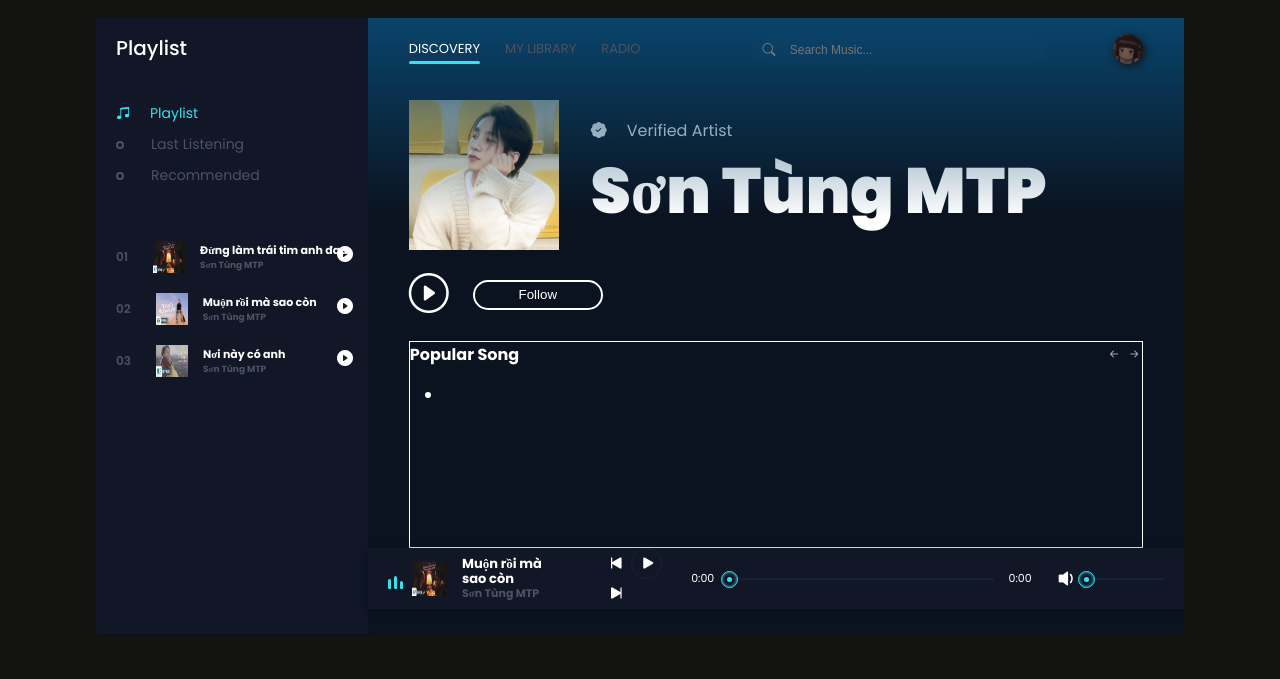
Repository: reminzuetto/Music-Website
Page: index.html
These files come from the project's save history. The page is drawn as it stood at one moment and after the next save; the edit follows.
The browser window is 1280 px wide. The pictures show the whole page.

Above is the page before, as saved 2024-06-11 04:13:56.

After the next save:
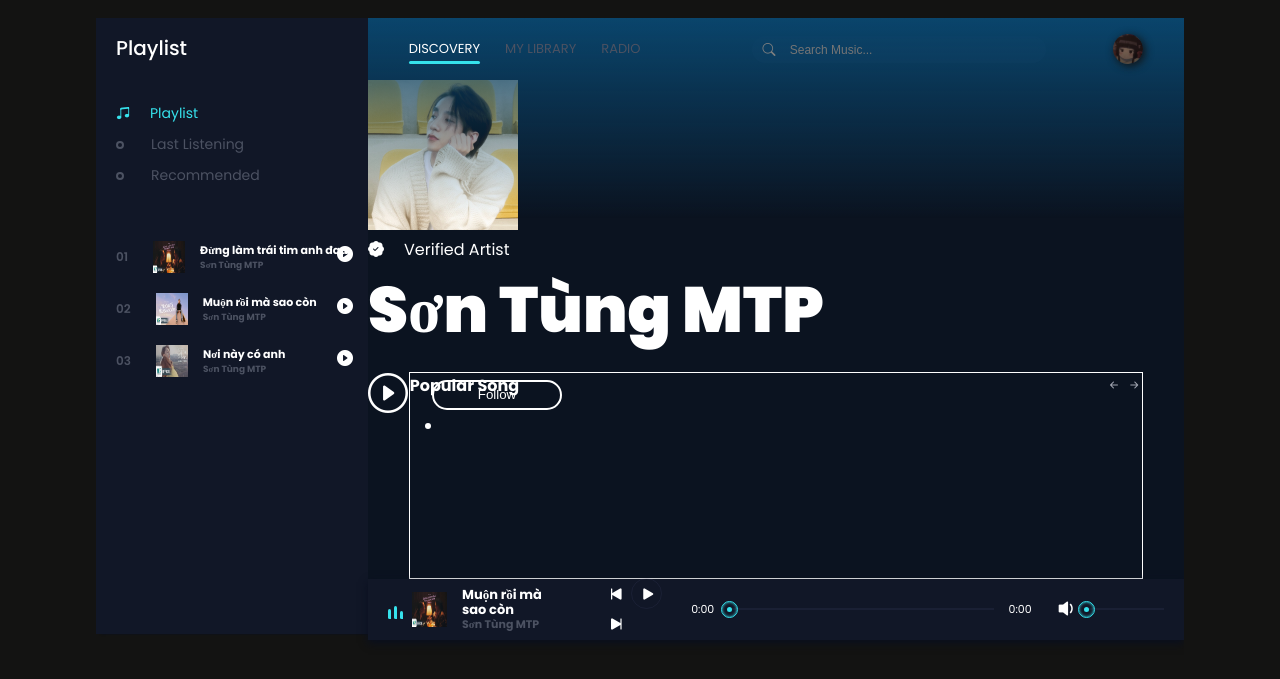
Saved 31 s later.
--- a/style.css
+++ b/style.css
@@ -475,13 +475,13 @@
   box-shadow: 2px 2px 8px #131312;
 }
 
-header .song_side .content {
+/* header .song_side .content {
   width: 90%;
   height: 40%;
   margin: auto;
   /* border: 1px solid #fff; */
   padding-top: 20px;
-}
+} */
 
 header .song_side .content .artistInfos {
   display: flex;

After the save that followed:
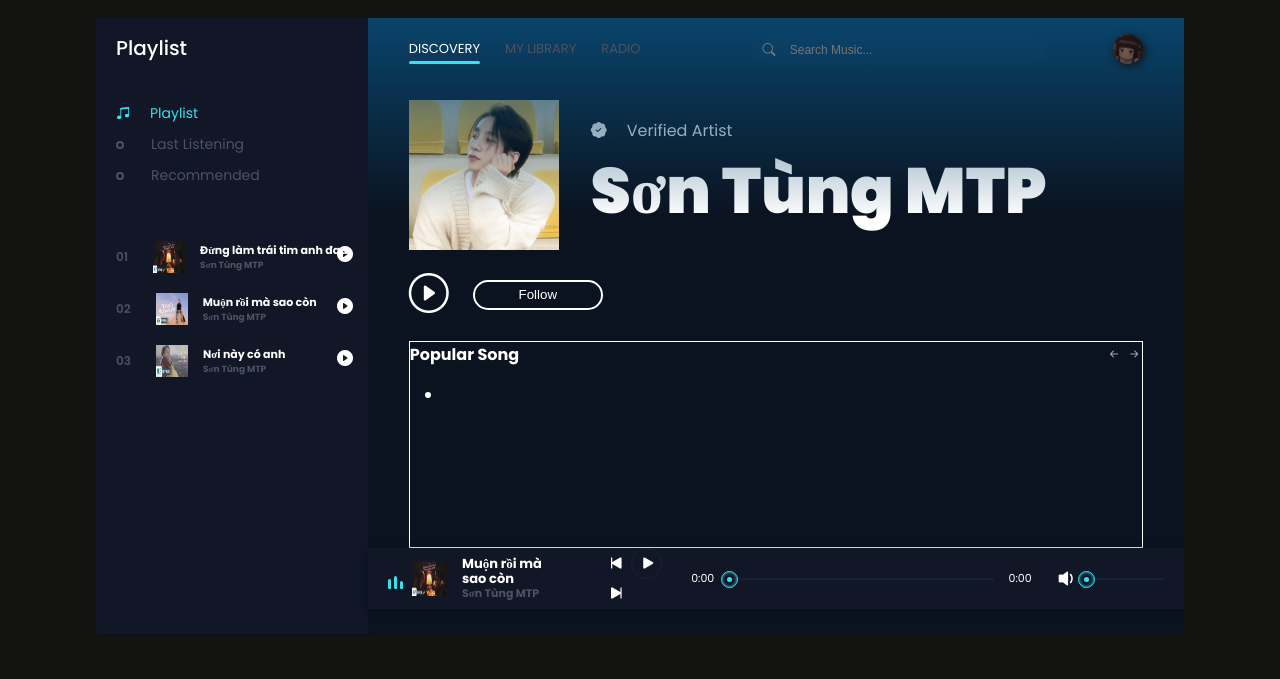
Saved 5 s later.
--- a/style.css
+++ b/style.css
@@ -475,13 +475,13 @@
   box-shadow: 2px 2px 8px #131312;
 }
 
-/* header .song_side .content {
+header .song_side .content {
   width: 90%;
   height: 40%;
   margin: auto;
   /* border: 1px solid #fff; */
   padding-top: 20px;
-} */
+}
 
 header .song_side .content .artistInfos {
   display: flex;
